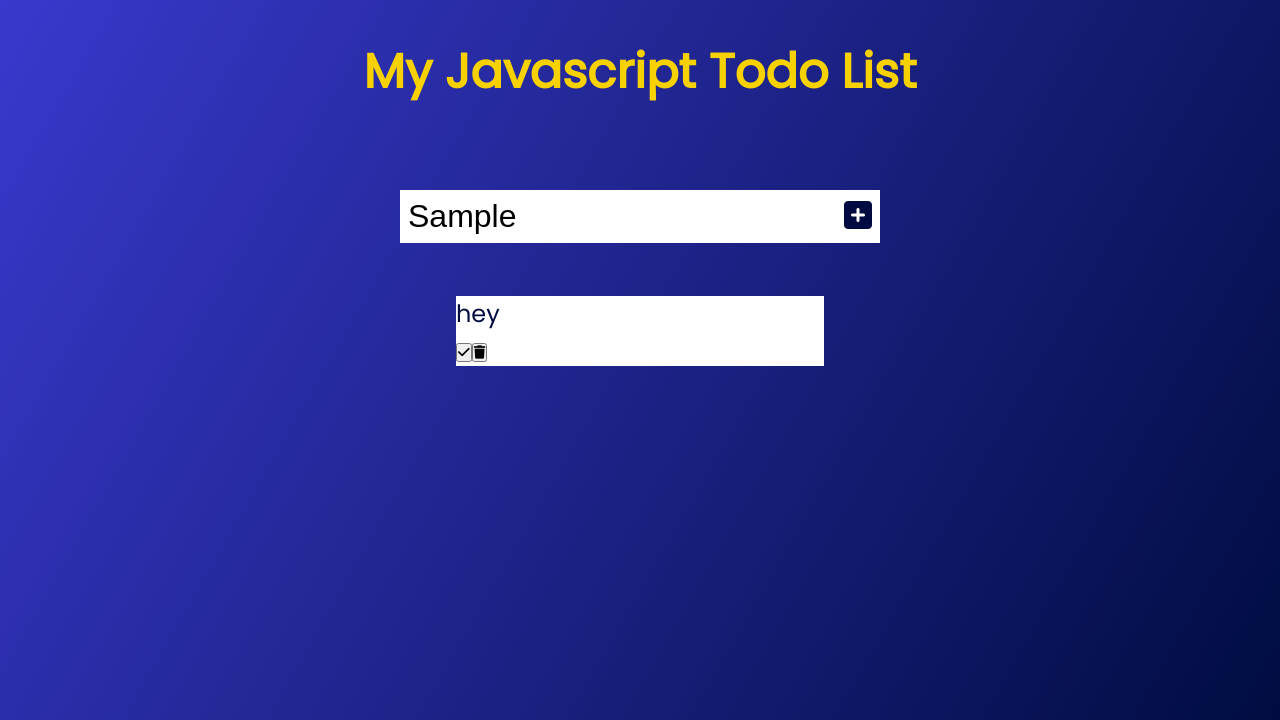
Repository: LuisMiLR/JavaScript-Todo-List
Page: index.html
The author's editor kept a copy of each file at every save. The page is drawn from the files as they stood at one save, then again after a run of saves.
The browser window is 1280 px wide. The pictures show the whole page.
Empty fields were first filled with sample values (such as "Sample", 5 or name@example.com).
After loading, the first visible `button.todo-button` was clicked once.

Above is the page before, as saved 2023-05-01 14:44:11.

### index.html
<!DOCTYPE html>
<html lang="en">
<head>
    <meta charset="UTF-8">
    <meta http-equiv="X-UA-Compatible" content="IE=edge">
    <meta name="viewport" content="width=device-width, initial-scale=1.0">
    <title>My Javascript Todo List</title>
    <link rel="stylesheet" href="style.css">
    <link href="https://fonts.googleapis.com/css2?family=Orbitron:wght@400;700&family=Poppins:wght@200;400&display=swap" rel="stylesheet">
    <link rel="stylesheet" href="https://cdnjs.cloudflare.com/ajax/libs/font-awesome/6.4.0/css/all.min.css" integrity="sha512-iecdLmaskl7CVkqkXNQ/ZH/XLlvWZOJyj7Yy7tcenmpD1ypASozpmT/E0iPtmFIB46ZmdtAc9eNBvH0H/ZpiBw==" crossorigin="anonymous" referrerpolicy="no-referrer" />
</head>
<body>

    <header>
        <h1>My Javascript Todo List </h1>
    </header>
    <form>
        <input type="text" class="todo-input">
        <button class="todo-button" type="submit">
        <i class="fa-solid fa-square-plus"></i>
        </button>
    </form>
    <div class="todo-container">
        <ul class="todo-list">
        </ul>
    </div>

    <script src="./app.js"> </script>
</body>
</html>

### style.css
*{
    margin: 0;
    padding: 0;
    box-sizing: border-box;
}

body {
    background-image: linear-gradient(120deg, #3939cd,#000c41);
    color: rgb(248, 210, 0);
    min-height: 100vh;
    font-family: "poppins",sans-serif;
}

header{
    font-size: 1.5rem;
}
header, form {
    min-height: 20vh;
    display: flex;
    justify-content: center;
    align-items: center;
}

form input, form button {
    padding: 0.5rem;
    font-size: 2rem;
    border: none;
    background: white;
}
form button{
    color: #000c41;
    background: white;
    cursor: pointer;
    transition: all 0.3s ease;
}

form button:hover {
    background: #3939cd;
    color: rgb(248, 210, 0);
}

.todo-container {
    display: flex;
    justify-content:center;
    align-items: center;
}

.todo-list {
    min-width: 30%;
    list-style: none;
}

.todo {
    display: ;
    margin: 0.5rem;
    background: white;
    color: #000c41;
    font-size: 1.5rem;
}

### app.js
//SELECTEURS
const todoInput = document.querySelector(".todo-input");
const todoButton = document.querySelector(".todo-button");
const todoList = document.querySelector(".todo-list");

//ECOUTEURS
todoButton.addEventListener("click", addTodo);

//FUNCTIONS
function addTodo(event) {
    event.preventDefault();
    //TODO DIV
    const todoDiv = document.createElement("div");
    todoDiv.classList.add("todo");
    //CREER LE LI
    const newTodo = document.createElement("li");
    newTodo.innerText = "hey";
    newTodo.classList.add("todo-item");
    todoDiv.appendChild(newTodo);
    //BOUTON CHECK
    const completedButton = document.createElement("button");
    completedButton.innerHTML = '<i class="fas fa-check"></i>';
    completedButton.classList.add("completed-btn");
    todoDiv.appendChild(completedButton);
    //BOUTON SUPPRIMER
    const trashButton = document.createElement("button");
    trashButton.innerHTML = '<i class="fas fa-trash"></i>';
    trashButton.classList.add("trash-btn");
    todoDiv.appendChild(trashButton);
    //AJOUTER NOTRE TODO A TODO-LIST
    todoList.appendChild(todoDiv);
}

After the next 2 saves:
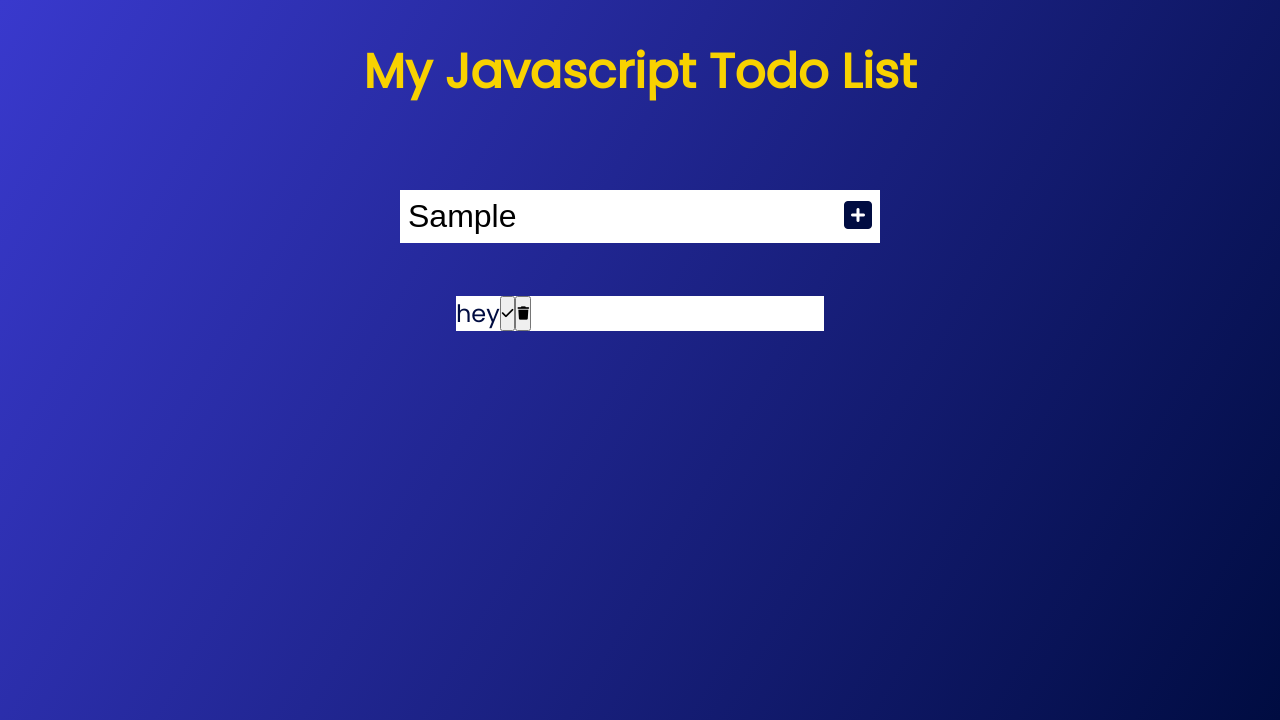
The 2 saves are shown as one change because they came seconds apart.
The last was saved 9 s later.
--- a/style.css
+++ b/style.css
@@ -51,7 +51,8 @@ form button:hover {
 }
 
 .todo {
-    display: ;
+    display: flex;
+    justify-content: ;
     margin: 0.5rem;
     background: white;
     color: #000c41;
